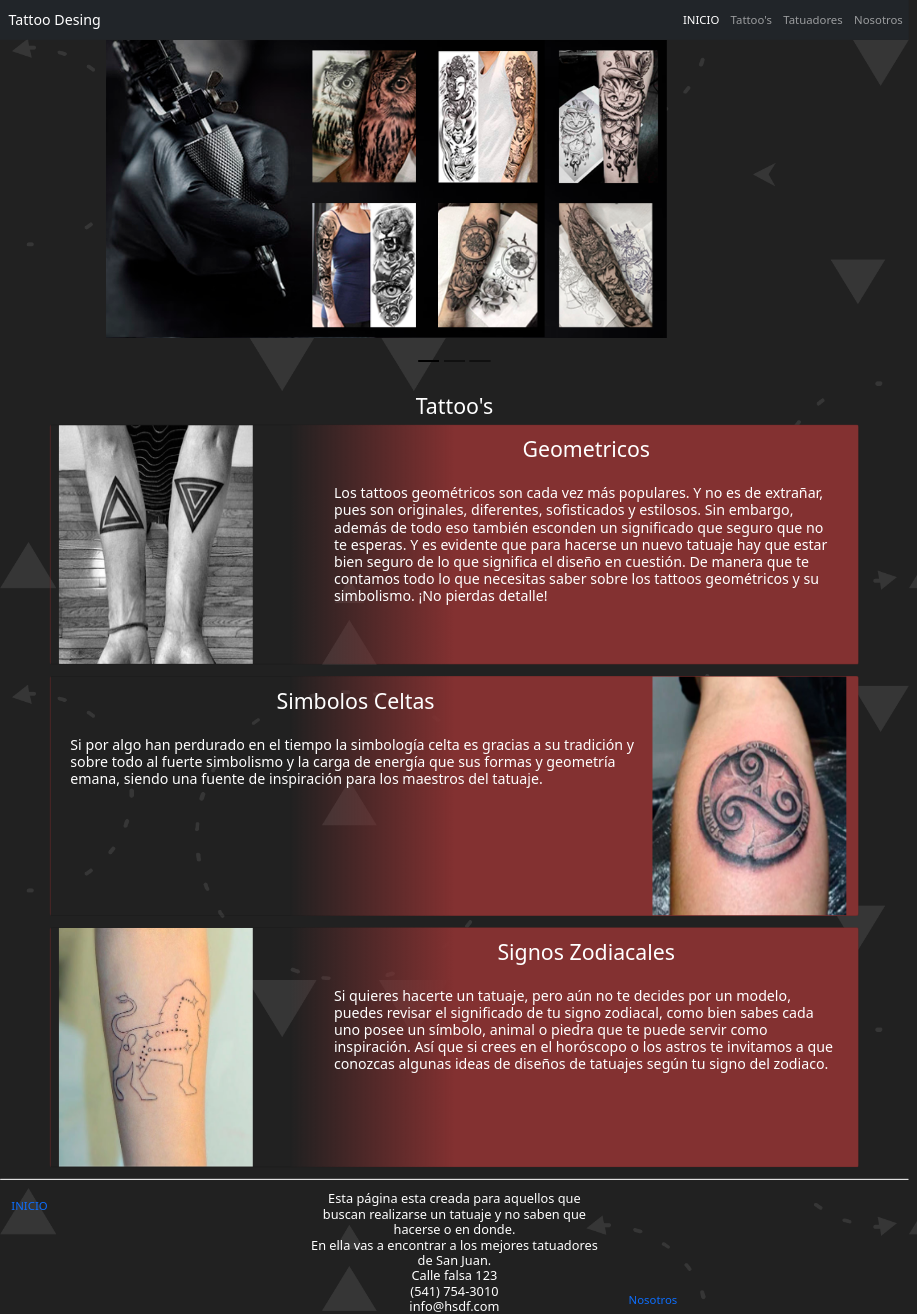
Repository: Vladimir-22/TatooDesign
Page: index.html
These files come from the project's save history. The page is drawn as it stood at one moment and after the next save; the edit follows.
The browser window is 1280 px wide. The page is 1292 px wide, then 1280 px, so the pictures cover 1292 px, including what lies to the right of the window. The pictures show the whole page, at 71% of full size.
Some web libraries are served in a nearby version.

Above is the page before, as saved 2021-05-19 21:05:43.

After the next save:
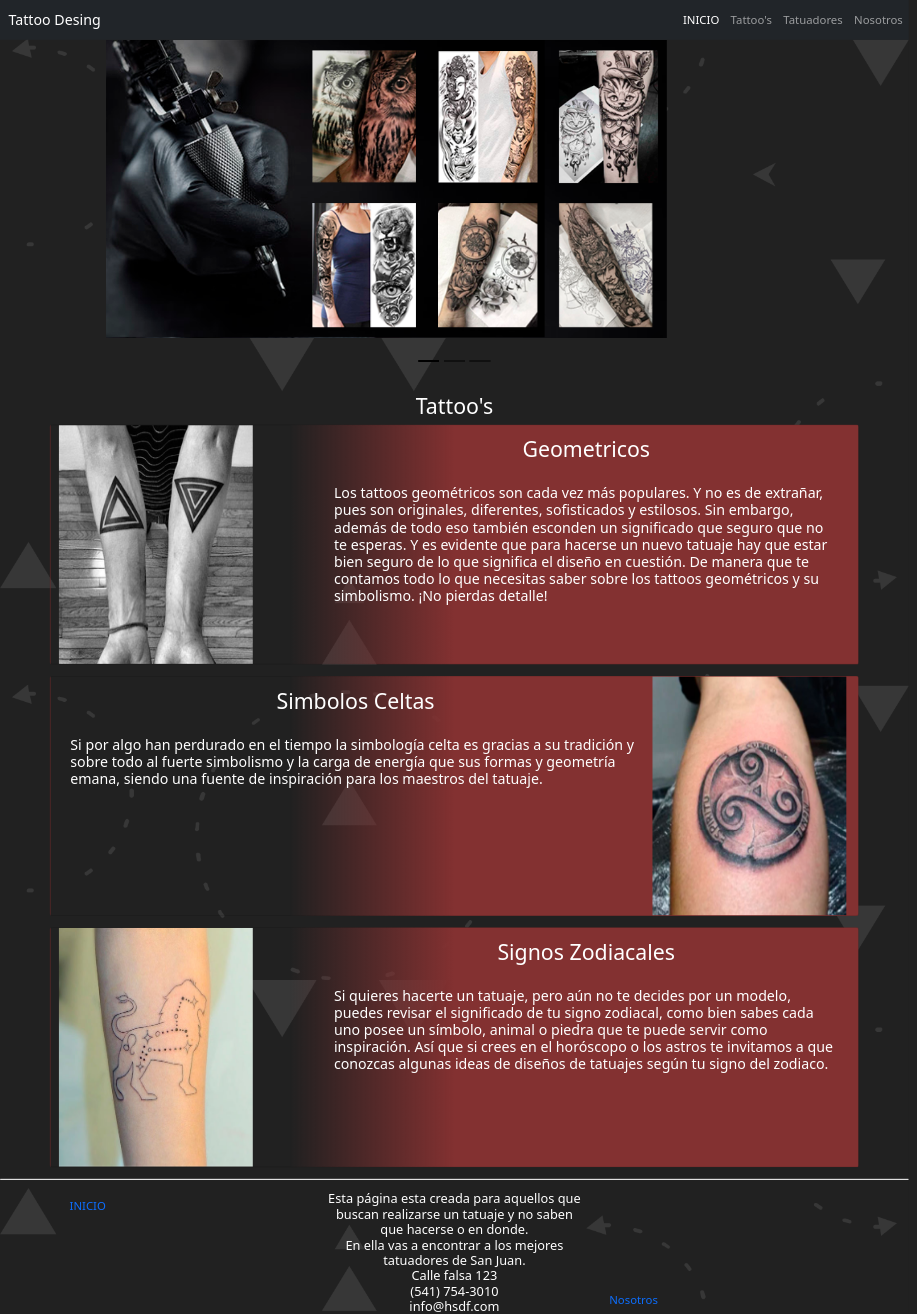
Saved 80 s later.
--- a/index.html
+++ b/index.html
@@ -175,21 +175,23 @@
 <footer>
     <div class="footer" id="footer">
         <div id="footer" class="card mb-3" style="auto"></div>
-            <div class="row">
-                <div class="col align-self-start">
-                    <a class="nav-link active" aria-current="page" href="#">INICIO</a>
-                </div>
-                <div class="col align-self-center">
-                    <h3 id="descrip-gral" class="card-text">
-                        Esta página esta creada para aquellos que buscan realizarse un tatuaje y no saben que hacerse o en donde. <br>
-                        En ella vas a encontrar a los mejores tatuadores de San Juan.<br>
-                        Calle falsa 123<br>
-                        (541) 754-3010<br>
-                        info@hsdf.com<br>
-                    </h3>
-                </div>
-                <div class="col align-self-end">
-                        <a class="nav-link" href="nosotros.html" tabindex="-1" aria-disabled="true">Nosotros</a>
+            <div class="container">
+                <div class="row">
+                    <div class="col align-self-start">
+                        <a class="nav-link active" aria-current="page" href="#">INICIO</a>
+                    </div>
+                    <div class="col align-self-center">
+                        <h3 id="descrip-gral" class="card-text">
+                            Esta página esta creada para aquellos que buscan realizarse un tatuaje y no saben que hacerse o en donde. <br>
+                            En ella vas a encontrar a los mejores tatuadores de San Juan.<br>
+                            Calle falsa 123<br>
+                            (541) 754-3010<br>
+                            info@hsdf.com<br>
+                        </h3>
+                    </div>
+                    <div class="col align-self-end">
+                            <a class="nav-link" href="nosotros.html" tabindex="-1" aria-disabled="true">Nosotros</a>
+                        </div>
                     </div>
                 </div>
             </div>
